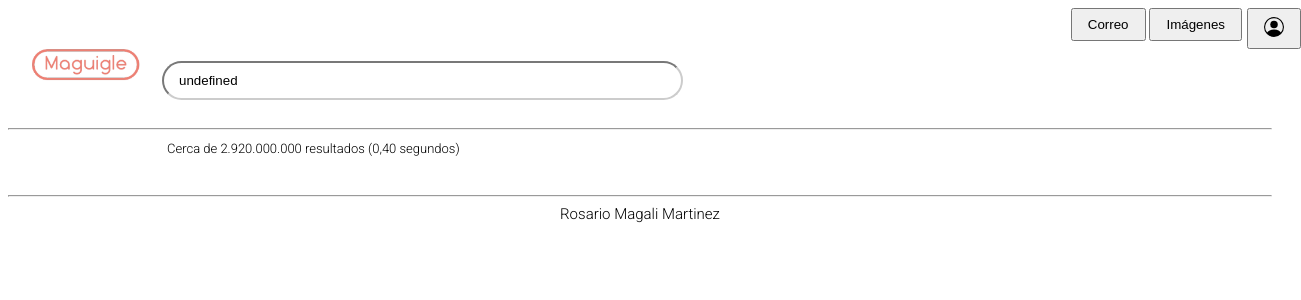
Repository: Rmmartinez/maguigle
Page: maguigle/src/main/resources/static/resultados.html
An editor plug-in stored every save of this project. The page is shown before and after the next save, followed by the edit.
The browser window is 1280 px wide. The page is 1301 px wide, then 1280 px, so the pictures cover 1301 px, including what lies to the right of the window. The pictures show the whole page.
The page's requests for data from a server got no answer.

Above is the page before, as saved 2023-07-31 14:26:47.

After the next save:
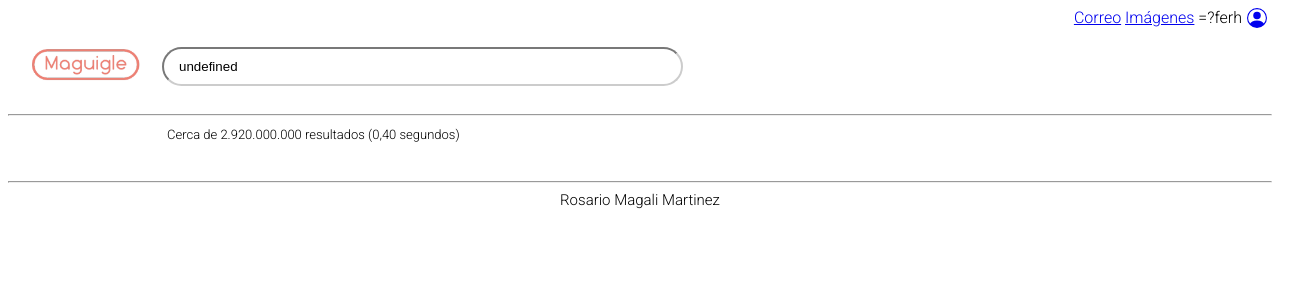
Saved 99 s later.
--- a/maguigle/src/main/resources/static/resultados.html
+++ b/maguigle/src/main/resources/static/resultados.html
@@ -14,18 +14,18 @@
     <div id = "main-resultados">
     <div style="text-align: right; padding-right:30px;">
 		<span>
-			<button onclick= document.location.href = "https://mail.google.com/">Correo</button>
-		</span>
+			<a href="https://mail.google.com/">Correo</a>
+		<hn>
 		<span>
-			<button>Imágenes</button>
-		</span>
+			<a href="#">Imágenes</a>
+		=?ferh</span>
 		<span style="position: absolute; top: 7.5px; margin-left: 5px;">
-			<button>
+			<a href="#">
 				<svg xmlns="http://www.w3.org/2000/svg" width="20" height="20" fill="currentColor" class="bi bi-person-circle" viewBox="0 0 16 16">
 				  <path d="M11 6a3 3 0 1 1-6 0 3 3 0 0 1 6 0z"/>
 				  <path fill-rule="evenodd" d="M0 8a8 8 0 1 1 16 0A8 8 0 0 1 0 8zm8-7a7 7 0 0 0-5.468 11.37C3.242 11.226 4.805 10 8 10s4.757 1.225 5.468 2.37A7 7 0 0 0 8 1z"/>
 				</svg>
-			</button>
+			</a>
 		</span>
 	</div>
         <img id = "logo-resultados" src="img/logo.png"/>
